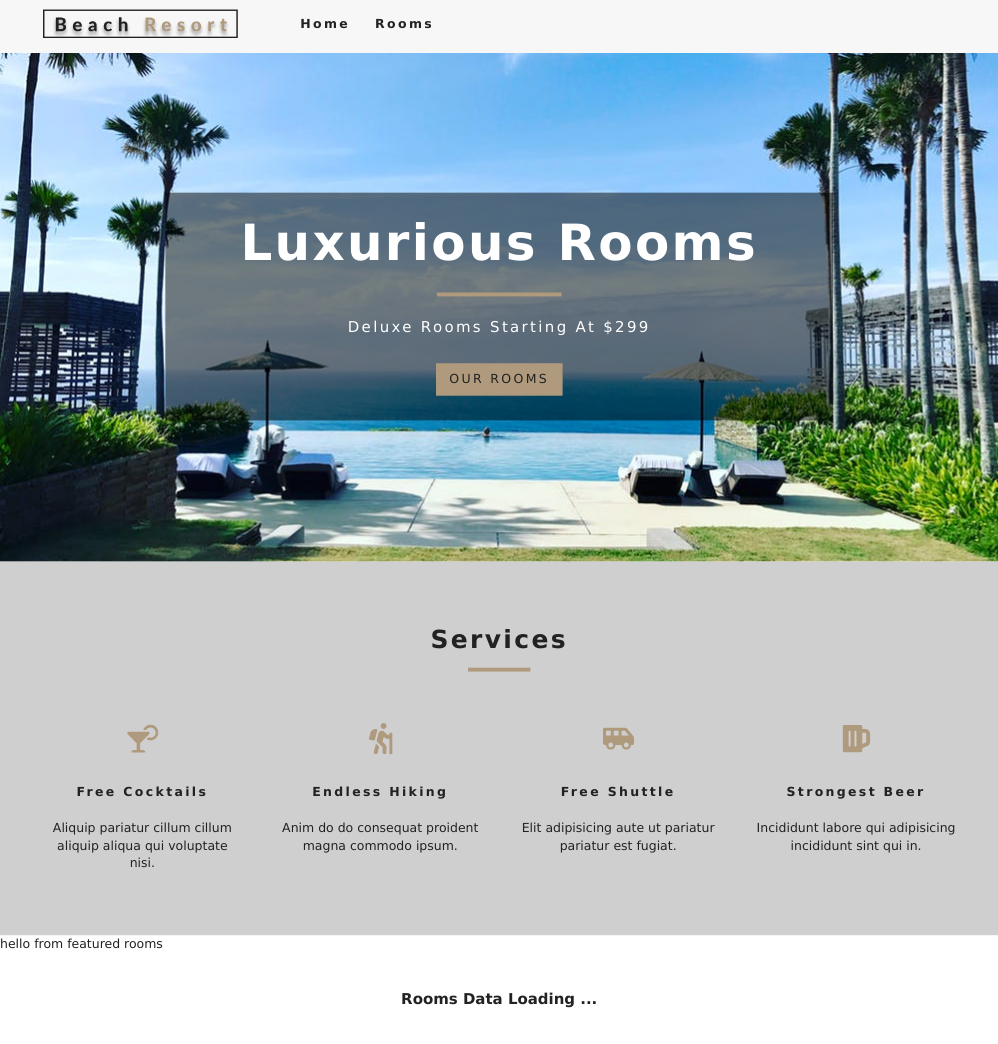
Repository: thanhn379/react-beach-resort
Page: /
An editor plug-in stored every save of this project. The page is shown before and after the next save, followed by the edit.
The browser window is 1280 px wide. The pictures show the whole page, at 78% of full size.
The project was rebuilt for these pictures with package versions that can differ from the ones it lists, and the page was loaded fresh each time. Also part of the build but not shown: src/pages/Rooms.js, src/pages/SingleRoom.js, src/pages/Error.js.

Above is the page before, as saved 2019-11-14 06:30:51.

After the next save:
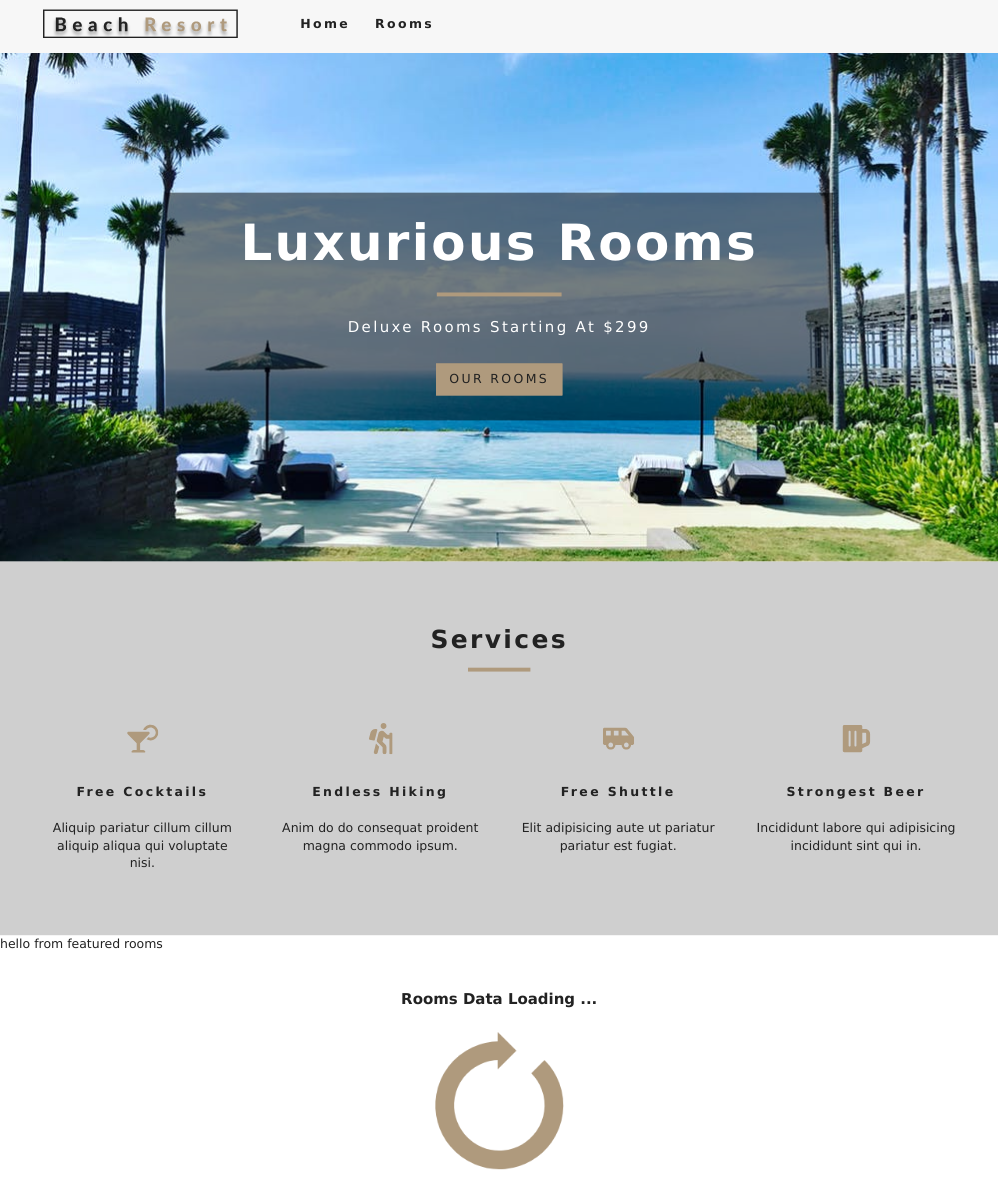
Saved 2 min 10 s later.
--- a/src/components/Loading.js
+++ b/src/components/Loading.js
@@ -1,5 +1,5 @@
 import React from "react";
-import { loadingGif } from "../images/gif/loading-arrow.gif";
+import loadingGif from "../images/gif/loading-arrow.gif";
 
 export default function Loading() {
   return (
